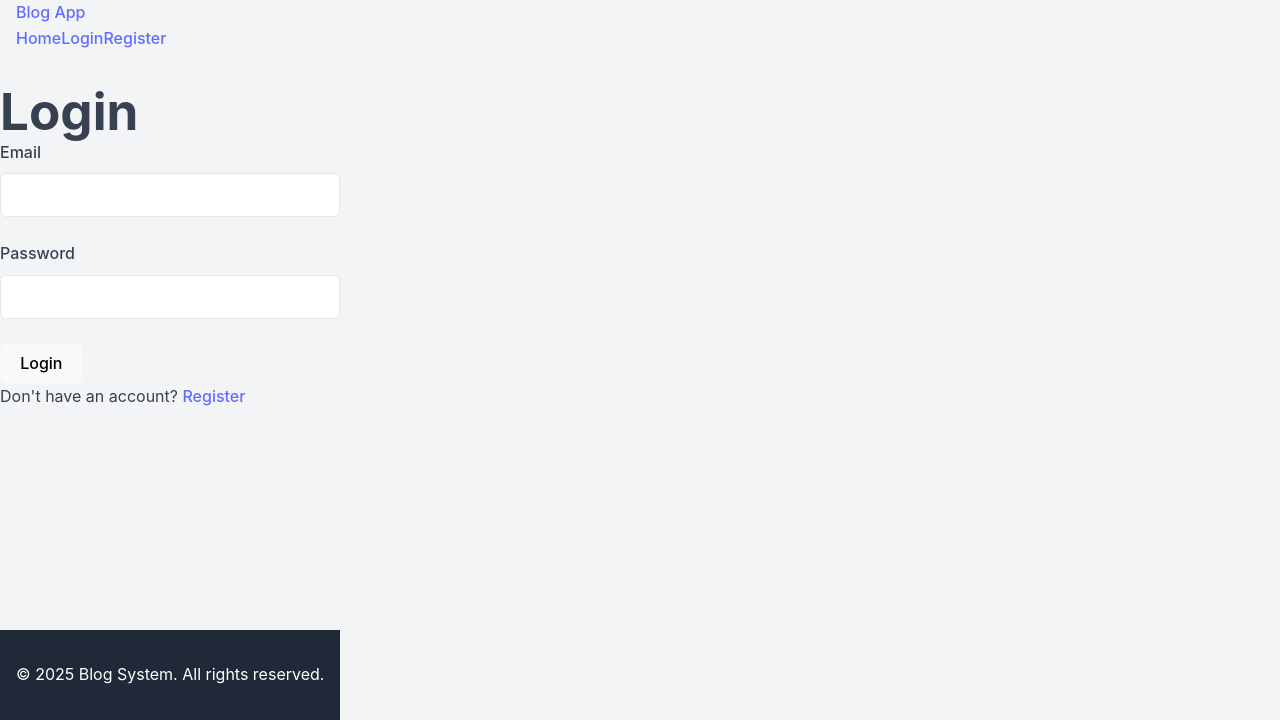
Repository: Vicae-a/Blog
Page: /profile (app in frontend/)
These files come from the project's save history. The page is drawn as it stood at one moment and after the next save; the edit follows.
The browser window is 1280 px wide. The pictures show the whole page.
The project was rebuilt for these pictures with package versions that can differ from the ones it lists, and the page was loaded fresh each time. Also part of the build but not shown: frontend/vite.config.js, frontend/src/components/PostCard.jsx, frontend/src/components/Pagination.jsx, frontend/src/components/SearchBar.jsx, frontend/src/pages/Home.jsx, frontend/src/pages/Register.jsx, frontend/src/components/Comment.jsx, frontend/src/components/CommentForm.jsx and 5 more.

Above is the page before, as saved 2025-03-29 22:20:26.

After the next save:
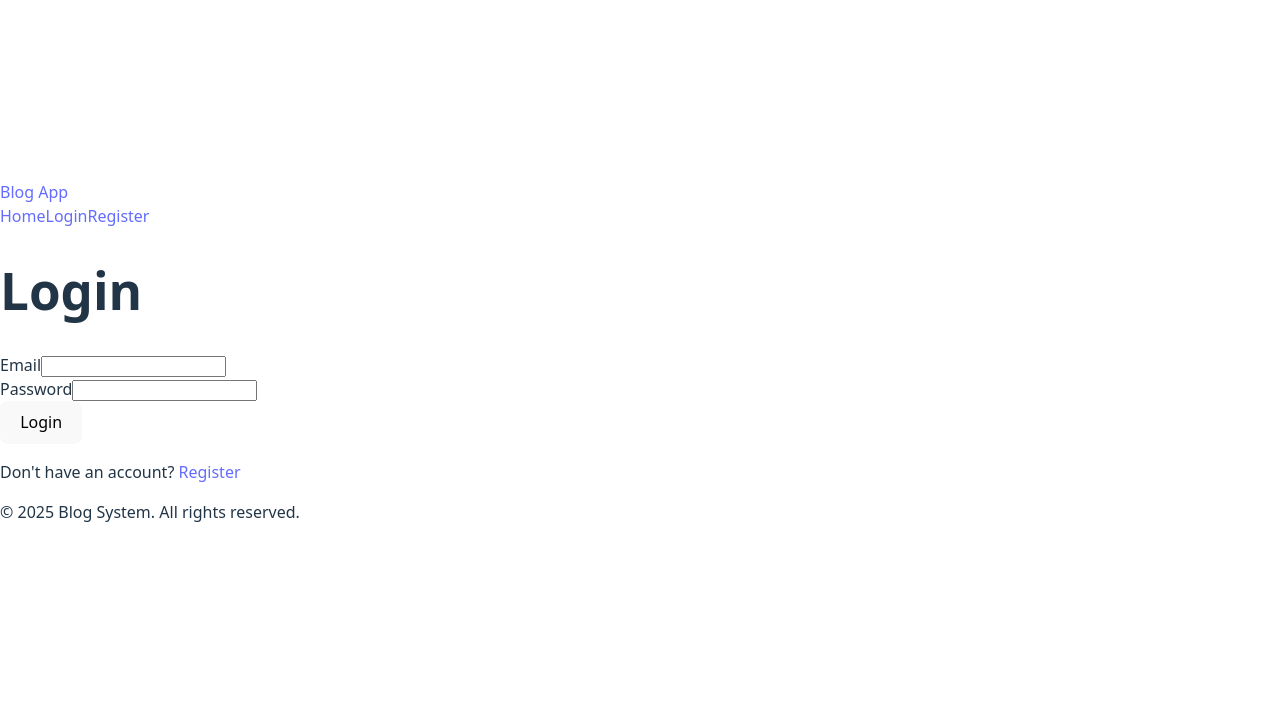
Saved 87 s later.
--- a/frontend/src/App.jsx
+++ b/frontend/src/App.jsx
@@ -15,7 +15,7 @@
 import Profile from './pages/Profile';
 import NotFound from './pages/NotFound';
 import 'react-toastify/dist/ReactToastify.css';
-import './App.css';
+// import './App.css';
 
 const queryClient = new QueryClient({
   defaultOptions: {

After the save that followed:
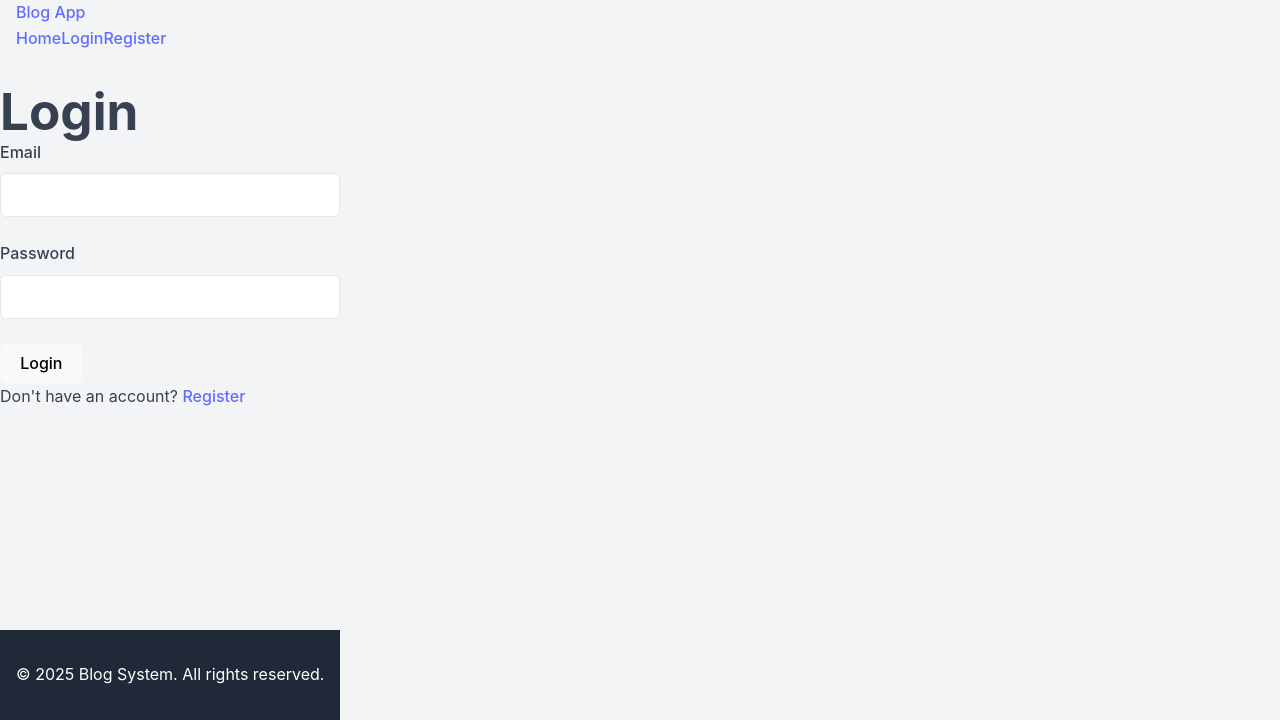
Saved 4 s later.
--- a/frontend/src/App.jsx
+++ b/frontend/src/App.jsx
@@ -15,7 +15,7 @@
 import Profile from './pages/Profile';
 import NotFound from './pages/NotFound';
 import 'react-toastify/dist/ReactToastify.css';
-// import './App.css';
+import './App.css';
 
 const queryClient = new QueryClient({
   defaultOptions: {
